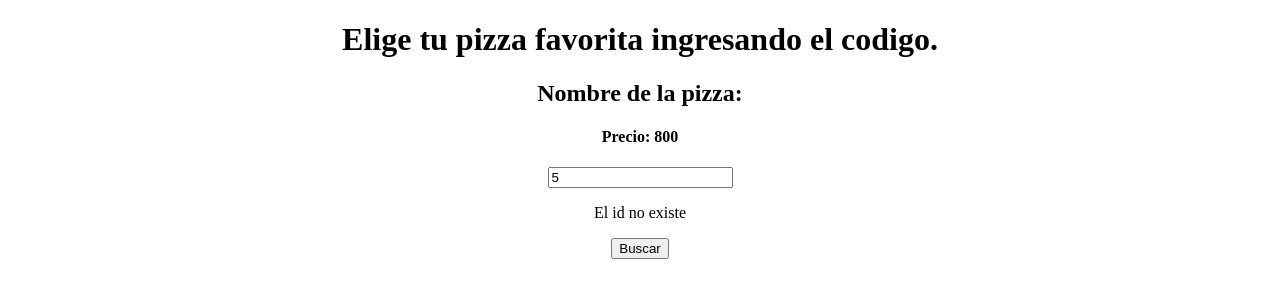
Repository: lucas-itup/E1-JAVASCRIPT
Page: index.html
The author's editor kept a copy of each file at every save. The page is drawn from the files as they stood at one save, then again after the next save.
The browser window is 1280 px wide. The pictures show the whole page.
Empty fields were first filled with sample values (such as "Sample", 5 or name@example.com).
After loading, the first visible `button` was clicked once.

Above is the page before, as saved 2022-09-11 21:24:23.

After the next save:
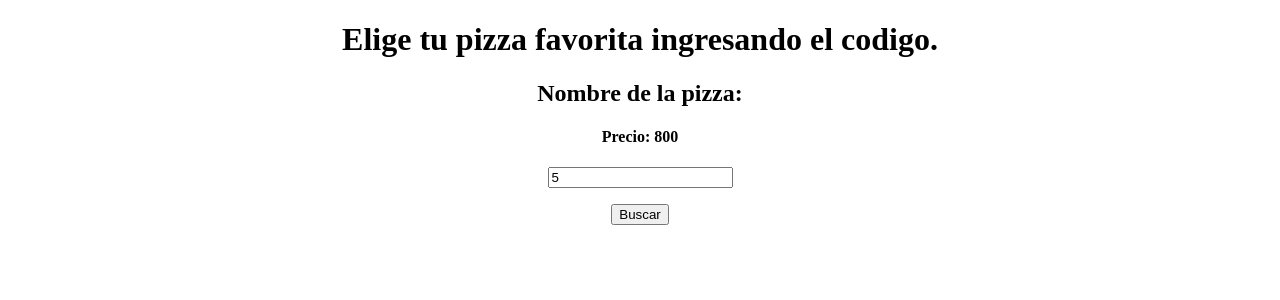
Saved 47 s later.
--- a/assets/index.js
+++ b/assets/index.js
@@ -66,7 +66,7 @@
 
     });
 
-    if (found == undefined) {
+    if (found == undefined && validarInputBlanco(valueid, inputVacio) == "") {
         inputVacio.textContent = "El id no existe"
     }
 }

After the 2 saves that followed:
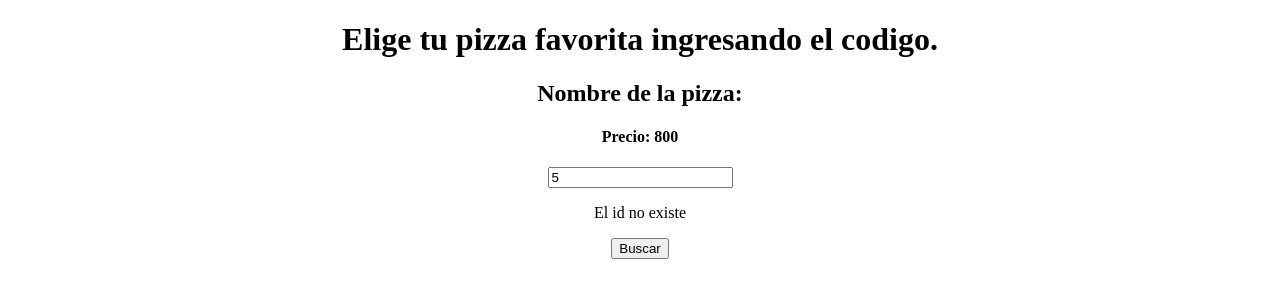
The 2 saves are shown as one change because 1 left the picture as it was.
The last was saved 2 min 27 s later.
--- a/assets/index.js
+++ b/assets/index.js
@@ -61,12 +61,13 @@
     var found = pizzas.find(function(post, index) {
         inputVacio.textContent = ""
         if (post.id == valueid)
-            precioPizza.textContent = post.precio;;
+            precioPizza.textContent = post.precio;
 
 
     });
-
-    if (found == undefined && validarInputBlanco(valueid, inputVacio) == "") {
+    console.log(found)
+    console.log(validarInputBlanco(valueid, inputVacio))
+    if (found == undefined && validarInputBlanco(valueid, inputVacio) == undefined) {
         inputVacio.textContent = "El id no existe"
     }
 }
